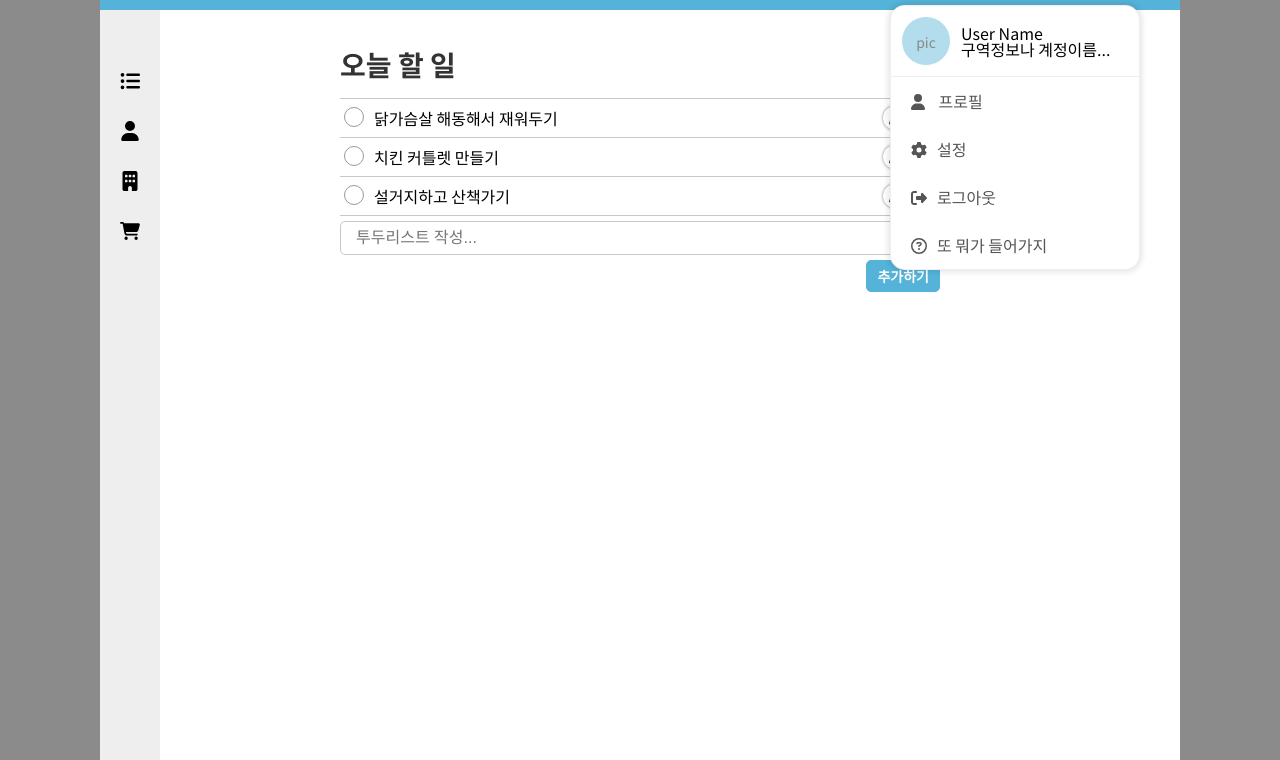
Repository: sunoo-lee/toVillage-old
Page: /
An editor plug-in stored every save of this project. The page is shown before and after the next save, followed by the edit.
The browser window is 1280 px wide. The pictures show the whole page.
The project was rebuilt for these pictures with package versions that can differ from the ones it lists, and the page was loaded fresh each time. Also part of the build but not shown: src/routes/Auth.js, src/components/MyProfile.js, src/routes/Profile.js, src/components/Area.module.css, src/components/Area.js, src/routes/Building.js, src/components/TradingShop.module.css, src/components/TradingShop.js and 1 more.

Above is the page before, as saved 2022-10-13 05:01:00.

### src/components/App.js
import React, { useState } from "react";
import AppRouter from "./Router";

function App() {
  const [isLoggedIn, setIsLoggedIn] = useState(true);
  const onClick = () => {
    setIsLoggedIn(!isLoggedIn);
  };

  const [isDropdown, setIsDropdown] = useState(true);
  const [isNav, setIsNav] = useState(true);
  const toggleDropdown = () => {
    setIsDropdown(!isDropdown);
    console.log("dropdown: " + isDropdown);
  };
  const toggleNav = () => {
    setIsNav(!isNav);
    console.log("Nav: " + isNav);
  };
  return (
    <>
      <AppRouter
        toggleDropdown={toggleDropdown}
        isDropdown={isDropdown}
        toggleNav={toggleNav}
        isNav={isNav}
        onClick={onClick}
        isLoggedIn={isLoggedIn}
      />
    </>
  );
}

export default App;

### src/style.css
@import url("https://fonts.googleapis.com/css2?family=Noto+Sans+KR:wght@400;500;700&display=swap");

* {
  box-sizing: border-box;
}

html,
body {
  padding: 0;
  margin: 0;
  font-family: "Noto Sans KR", -apple-system, BlinkMacSystemFont, Segoe UI,
    Roboto, Oxygen, Ubuntu, Cantarell, Fira Sans, Droid Sans, Helvetica Neue,
    sans-serif;
}

body {
  display: flex;
  justify-content: center;
  align-items: center;
  height: 800px;
  width: 1080px;
  margin: auto;
  height: 100vh;
  background-color: #9dbac7;
  background-color: #8b8b8b;
}

.container {
  background-color: aliceblue;
  background-color: #ffffff;
  min-width: 600px;
  width: 1080px;
  height: 800px;
  padding-left: 0;
  padding-top: 50px;
  display: flex;
  justify-content: center;
}

.active {
  padding-left: 200px;
}

### src/components/Router.js
import { HashRouter as Router, Routes, Route } from "react-router-dom";
import Auth from "../routes/Auth";
import Home from "../routes/Home";
import Profile from "../routes/Profile";
import Building from "../routes/Building";
import Trade from "../routes/Trade";
import Header from "./Header";
import Navigation from "./Navigation";

const AppRouter = ({
  toggleDropdown,
  isDropdown,
  toggleNav,
  isNav,
  onClick,
  isLoggedIn,
}) => {
  return (
    <Router>
      {isLoggedIn}
      <Header
        toggleDropdown={toggleDropdown}
        isDropdown={isDropdown}
        toggleNav={toggleNav}
      />
      <Navigation isNav={isNav} />
      <Routes>
        {isLoggedIn ? (
          <>
            <Route exact path="/" element={<Home isNav={isNav} />} />
            <Route path="/profile" element={<Profile />} />
            <Route path="/building" element={<Building />} />
            <Route path="/trade" element={<Trade />} />
          </>
        ) : (
          <>
            <Route exact path="/" element={<Auth />} />
          </>
        )}
      </Routes>
    </Router>
  );
};

export default AppRouter;

### src/routes/Home.js
import React from "react";
import Main from "../components/Main";

const Home = ({ isNav }) => {
  return (
    <>
      <div className={isNav ? "container" : "container active"}>
        <Main />
      </div>
    </>
  );
};

export default Home;

### src/components/Header.js
import { React, useState } from "react";
import styles from "./Header.module.css";
import { FontAwesomeIcon } from "@fortawesome/react-fontawesome";
import { faBars, faUser } from "@fortawesome/free-solid-svg-icons";
import Dropdown from "./Dropdown";

const Header = ({ toggleDropdown, isDropdown, toggleNav }) => {
  return (
    <header id={styles.header}>
      <div className={styles.container}>
        <div className={styles.header_left}>
          <button onClick={toggleNav} className={styles.toggle_btn}>
            <FontAwesomeIcon icon={faBars} />
          </button>
        </div>
        <div className={styles.header_center}>
          {/* {new Date().getFullYear()}/{new Date().getMonth() + 1}/
        {new Date().getDate()} */}
        </div>
        <div className={styles.header_right}>
          <button onClick={toggleDropdown}>
            <FontAwesomeIcon icon={faUser} />
          </button>
          {isDropdown ? <Dropdown /> : <></>}
        </div>
      </div>
    </header>
  );
};

export default Header;

### src/components/Navigation.js
import { React } from "react";
import { Link } from "react-router-dom";
import styles from "./Navigation.module.css";
import { FontAwesomeIcon } from "@fortawesome/react-fontawesome";
import {
  faUser,
  faBuilding,
  faCartShopping,
  faListUl,
} from "@fortawesome/free-solid-svg-icons";

const Navigation = ({ isNav }) => {
  if (isNav) {
  }
  return (
    <nav className={isNav ? `${styles.nav} ${styles.nav_active}` : styles.nav}>
      <div className={styles.container}>
        <ul>
          <li>
            <Link to="/">
              <FontAwesomeIcon icon={faListUl} />
              <span>오늘 할 일</span>
            </Link>
          </li>
          <li>
            <Link to="/profile">
              <FontAwesomeIcon icon={faUser} />
              <span>프로필</span>
            </Link>
          </li>
          <li>
            <Link to="/building">
              <FontAwesomeIcon icon={faBuilding} />
              <span>건물</span>
            </Link>
          </li>
          <li>
            <Link to="/trade">
              <FontAwesomeIcon icon={faCartShopping} />
              <span>교환소</span>
            </Link>
          </li>
        </ul>
        {/* <button onClick={onClick}>SIGN OUT</button> */}
      </div>
    </nav>
  );
};

export default Navigation;

### src/components/Main.js
import React, { useState, useEffect } from "react";
import { FontAwesomeIcon } from "@fortawesome/react-fontawesome";
import { faTrash, faPencilAlt } from "@fortawesome/free-solid-svg-icons";
import styles from "./Main.module.css";
import Todo from "./Todo";
import AddForm from "./AddForm";

const Main = () => {
  const [toDo, setToDo] = useState("");
  const [toDos, setToDos] = useState([]);

  useEffect(() => {
    const item = localStorage.getItem("list");
    if (item) {
      setToDos(item);
    } else
      setToDos([
        "닭가슴살 해동해서 재워두기",
        "치킨 커틀렛 만들기",
        "설거지하고 산책가기",
      ]);
  }, []);
  const onChange = (event) => setToDo(event.target.value);
  const onSubmit = async (event) => {
    event.preventDefault();
    if (toDo === "") {
      return;
    }
    await setToDos((currentArray) => [...currentArray, toDo]);
    setToDo("");
  };
  const onDelete = (event) => {
    const li = event.target.parentElement;
    console.dir(event.target.parentElement);
    li.remove();
  };
  const toggleEditing = (event) => console.log(event);
  return (
    <div className={styles.container}>
      <h1>
        <span className={styles.title}>오늘 할 일</span>
      </h1>
      <ul className={styles.list}>
        {toDos.map((item, index) => (
          <Todo
            item={item}
            key={index}
            toggleEditing={toggleEditing}
            onDelete={onDelete}
          />
        ))}
      </ul>
      <AddForm onSubmit={onSubmit} onChange={onChange} toDo={toDo} />
    </div>
  );
};

export default Main;

### src/components/Header.module.css
:root {
  --theme_color: #55b3d9;
}

#header {
  position: absolute;
  width: 1080px;
  z-index: 100;
}

.container {
  background-color: #bce5f5;
  background-color: var(--theme_color);
  width: 100%;
  height: 50px;
  display: flex;
  justify-content: space-between;
  align-items: center;
  padding: 0 40px;
}
.header_left .toggle_btn {
  width: 30px;
  height: 30px;
  border: none;
  outline: none;
  border-radius: 50%;
  background-color: whitesmoke;
  background-color: transparent;
  color: #ffffff;
  cursor: pointer;
  font-size: 1.3rem;
}
.header_center {
  font-weight: 700;
  font-size: 1.4em;
}

.header_right button {
  width: 30px;
  height: 30px;
  border: none;
  outline: none;
  border-radius: 50%;
  background-color: whitesmoke;
  cursor: pointer;
  text-align: center;
  color: var(--theme_color);
}

### src/components/Dropdown.js
import React from "react";
import styles from "./MyProfile.module.css";
import { FontAwesomeIcon } from "@fortawesome/react-fontawesome";
import {
  faUser,
  faGear,
  faRightFromBracket,
} from "@fortawesome/free-solid-svg-icons";
import { faCircleQuestion } from "@fortawesome/free-regular-svg-icons";

const Dropdown = () => (
  <div className={styles.card}>
    <div className={styles.userBx}>
      <div className={styles.imgbx}>pic</div>
      <div className={styles.userinfo}>
        <p>User Name</p>
        <p>구역정보나 계정이름...</p>
      </div>
    </div>
    <ul className={styles.menu}>
      <li>
        <FontAwesomeIcon icon={faUser} /> <span>프로필</span>
      </li>
      <li>
        <FontAwesomeIcon icon={faGear} />
        <span>설정</span>
      </li>
      <li>
        <FontAwesomeIcon icon={faRightFromBracket} />
        <span>로그아웃</span>
      </li>
      <li>
        <FontAwesomeIcon icon={faCircleQuestion} />
        <span>또 뭐가 들어가지</span>
      </li>
    </ul>
  </div>
);

export default Dropdown;

### src/components/Navigation.module.css
.nav {
  width: 200px;
  height: 800px;
  position: absolute;
  z-index: 50;
  padding-top: 50px;
  background-color: #eeeeee;
  display: flex;
  align-items: center;
  flex-direction: column;
  padding: 60px 10px 10px;
  transition: 0.3s;
}

.nav_active {
  width: 60px;
}
.nav_active .container ul li {
  padding: 0;
}
.nav_active .container ul li svg {
  margin: 0;
}
.nav_active .container ul li span {
  transition-delay: 3s;
  display: none;
}

.container {
  position: relative;
  margin-top: 10px;
  width: 100%;
  border-radius: 20px;
  padding: 20px 0;
  display: flex;
  flex-direction: column;
  align-items: center;
}
.container ul {
  text-align: left;
}
.container ul li {
  overflow: hidden;
  padding: 0 20px;
  height: 40px;
  border-radius: 25px;
  margin: 10px 0;
  transition: 0.2s;
}
.container ul li:hover {
  background-color: var(--theme_color);
}
.container ul li a {
  font-size: 20px;
  color: #696969;
  color: #000000;
  font-weight: 500;
  text-decoration: none;
  line-height: 40px;
}

.container ul li span {
  transition-delay: 3s;
}

.container ul li a svg {
  width: 20px;
  margin-right: 10px;
}

.container button {
  position: absolute;
  bottom: 20px;
  padding: 7px 10px;
  border-radius: 5px;
  border: none;
  outline: none;
  font-size: 1em;
  font-weight: 700;
  background-color: #58a8eb;
  color: #ffffff;
  cursor: pointer;
}

### src/components/Main.module.css
:root {
  --theme_color: #55b3d9;
}

.container {
  margin-top: 40px;
  width: 600px;
}

.container h1 {
  margin-bottom: 20px;
}

.title {
  font-size: 28px;
  font-weight: 700;
  color: #333333;
}

.list {
  width: 600px;
  /* margin: 20px 0; */
}

.list .item {
  background-color: #ffffff;
  padding: 5px 0;
  line-height: 28px;
  display: flex;
  align-items: center;
  justify-content: space-between;
  border-bottom: 1px solid #c7c7c7;
}

.list .item:first-child {
  border-top: 1px solid #c7c7c7;
}

.list .item input[type="checkbox"] {
  width: 20px;
  height: 20px;
  border-radius: 50px;
  border: 1px solid #999999;
  appearance: none;
  margin-right: 10px;
}
.list .item input[type="checkbox"]:hover {
  background-color: #b3dcec;
}
.list .item input[type="checkbox"]:checked {
  background: var(--theme_color);
  border: none;
}
.list .item div {
  margin: auto 0;
  display: flex;
}
.list .item div button {
  border-radius: 50%;
  border: none;
  margin: auto 3px;
  height: 24px;
  width: 24px;
  box-shadow: 0 0 3px 0 #00000088;
  background-color: #ffffff;
  color: #333333;
}

.add_form {
  position: relative;
}

.add_form .list_input {
  margin: 5px 0;
  width: 600px;
  font-size: 16px;
  padding: 7px 15px;
  border: 1px solid #c7c7c7;
  border-radius: 5px;
}

.add_form .list_input:focus {
  outline: none;
  border: 1px solid var(--theme_color);
}

.add_form .add_btn {
  display: block;
  position: absolute;
  right: 0;
  font-size: 14px;
  background-color: var(--theme_color);
  border: 1px solid var(--theme_color);
  /* border: none; */
  border-radius: 5px;
  padding: 5px 10px;
  color: #ffffff;
  font-weight: 700;
  cursor: pointer;
}

### src/components/Todo.js
import React from "react";
import { FontAwesomeIcon } from "@fortawesome/react-fontawesome";
import { faTrash, faPencilAlt } from "@fortawesome/free-solid-svg-icons";
import styles from "./Main.module.css";

const Todo = ({ item, index, toggleEditing, onDelete }) => {
  return (
    <li className={styles.item} key={index}>
      <div>
        <input type="checkbox" />
        <span>{item}</span>
      </div>
      <div>
        <button onClick={toggleEditing}>
          <FontAwesomeIcon icon={faPencilAlt} />
        </button>
        <button onClick={onDelete}>
          <FontAwesomeIcon icon={faTrash} />
        </button>
      </div>
    </li>
  );
};

export default Todo;

### src/components/AddForm.js
import React, { memo } from "react";
import styles from "./Main.module.css";

const AddForm = memo(({ onSubmit, onChange, toDo }) => {
  return (
    <form className={styles.add_form} onSubmit={onSubmit}>
      <input
        className={styles.list_input}
        onChange={onChange}
        value={toDo}
        type="text"
        placeholder="투두리스트 작성..."
      />
      <button className={styles.add_btn}>추가하기</button>
    </form>
  );
});

export default AddForm;

### src/components/MyProfile.module.css
:root {
  --border_option: 1px solid #666666;
  /* --border_option: none; */
  --shadow_option: 0 0 5px 1px #00000088;
  --theme_color: #55b3d9;
}
.container {
  display: flex;
  flex-direction: column;
  justify-content: flex-start;
  align-items: center;
  padding: 60px;
}

.pic {
  width: 200px;
  height: 200px;
  background-color: #ffffff;
  border-radius: 50%;
  box-shadow: 0 15px 50px #00000041;
  line-height: 200px;
  text-align: center;
  font-size: 20px;
  color: #888888;
  font-weight: 700;
  margin-bottom: 30px;
}
.nickname {
  color: #666666;
  font-size: 36px;
  font-weight: 700;
  margin-bottom: 20px;
}
.area {
  font-size: 26px;
  font-weight: 700;
  color: #888888;
}
.materials {
  display: flex;
  margin: 40px 0;
}
.materials li {
  margin: 0 10px;
}
.materials div {
  width: 80px;
  height: 80px;
  background-color: #ffffff;
  border-radius: 50%;
  line-height: 80px;
  text-align: center;
  margin-bottom: 10px;
  color: #666666;
  border-radius: 50%;
  background-color: #55b4d975;
  font-size: 1.2em;
  color: #999999;
}
.materials span {
  display: block;
  width: 80px;
  text-align: center;
  font-size: 1.6em;
  color: #555555;
  line-height: 1.2em;
  font-weight: 600;
}
.box_btn {
  border-radius: 5px;
  padding: 16px 20px;
  border: none;
  outline: none;
  font-size: 1.4em;
  font-weight: 700;
  background-color: var(--theme_color);
  color: #ffffff;
  cursor: pointer;
}

/* ----------------------mini profile-------------------------- */

.card {
  position: absolute;
  width: 250px;
  height: 265px;
  background-color: #ffffff;
  border-radius: 15px;
  box-shadow: 0 0 5px 3px #00000015;
  border: 1px solid #00000011;
  overflow: hidden;
  right: 40px;
  top: 45px;
}
.userBx {
  position: relative;
  display: flex;
  align-items: center;
  padding: 10px;
}

.imgbx {
  border: 1px solid #ffffff;
  position: relative;
  width: 50px;
  height: 50px;
  background-color: #b3dcec;
  border-radius: 50%;
  font-size: 14px;
  text-align: center;
  color: #888888;
  line-height: 50px;
  margin-right: 10px;
}

.menu {
  position: absolute;
  width: 100%;
  height: auto;
  border-top: 1px solid #00000011;
}
.menu li {
  padding: 0 20px;
  color: #555555;
  cursor: pointer;
}
.menu li:hover {
  background-color: #c9dee6;
}
.menu li span {
  display: inline-block;
  margin: 16px 10px;
}

Loaded but not shown: public/index.html (common file); src/index.js (common file); src/reset.css (common file)

After the next save:
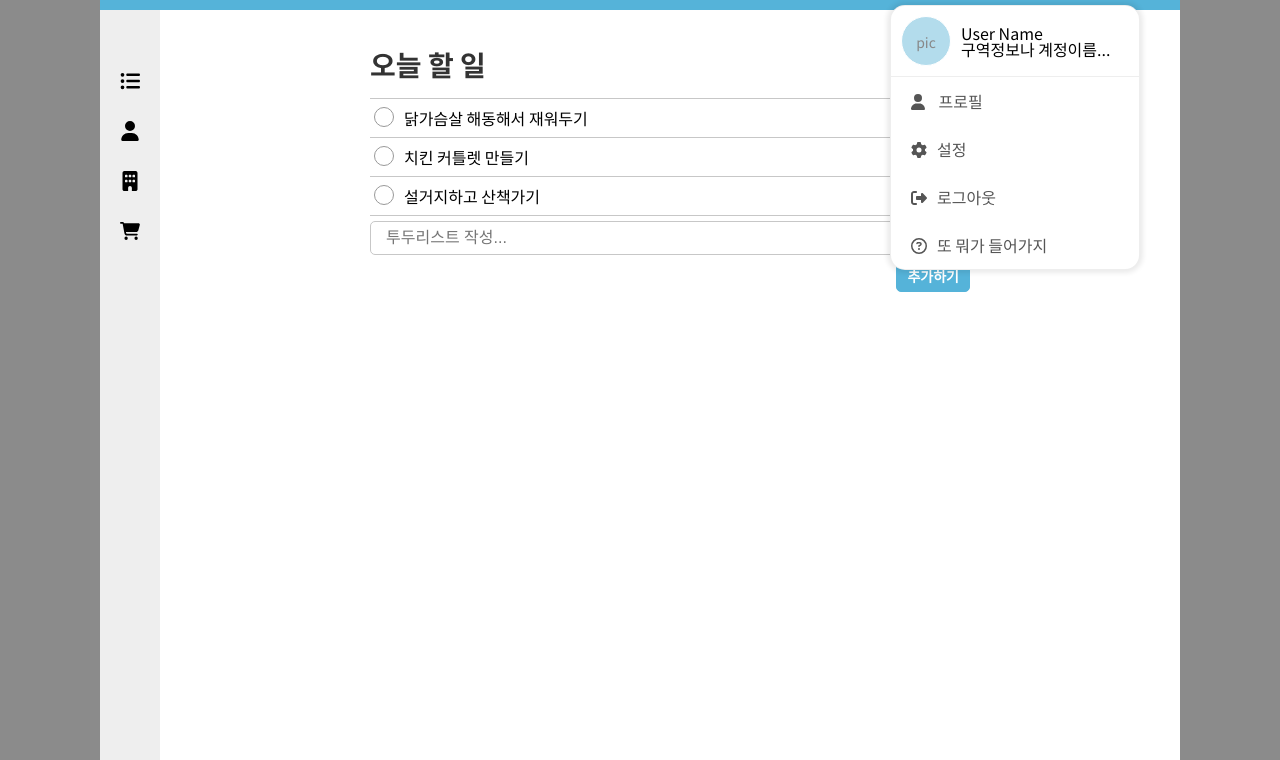
Saved 17 s later.
--- a/src/style.css
+++ b/src/style.css
@@ -31,7 +31,7 @@ body {
   min-width: 600px;
   width: 1080px;
   height: 800px;
-  padding-left: 0;
+  padding-left: 60px;
   padding-top: 50px;
   display: flex;
   justify-content: center;
